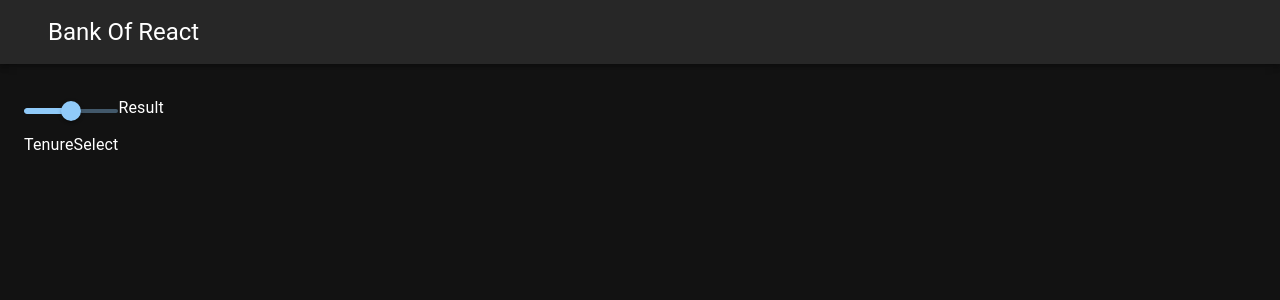
Repository: MikeeBuilds/mortgage-calculator
Page: /
The author's editor kept a copy of each file at every save. The page is drawn from the files as they stood at one save, then again after a run of saves.
The browser window is 1280 px wide. The pictures show the whole page.
The project was rebuilt for these pictures with package versions that can differ from the ones it lists, and the page was loaded fresh each time.

Above is the page before, as saved 2023-04-03 18:31:48.

### src/index.js
import React from 'react';
import ReactDOM from 'react-dom/client';
import  CssBaseline  from '@mui/material/CssBaseline';
import { ThemeProvider, createTheme } from '@mui/material/styles';
import App from './App';
import reportWebVitals from './reportWebVitals';
import { theme } from './theme';

const root = ReactDOM.createRoot(document.getElementById('root'));
root.render(
  <React.StrictMode>
    <ThemeProvider theme={theme}>
      <CssBaseline />
    <App />
    </ThemeProvider>
  </React.StrictMode>
);

// If you want to start measuring performance in your app, pass a function
// to log results (for example: reportWebVitals(console.log))
// or send to an analytics endpoint. Learn more: https://bit.ly/CRA-vitals
reportWebVitals();

### src/App.js
import { Container, Grid } from "@mui/material";
import Navbar from "./components/Navbar";
import Result from "./components/Result";
import SliderSelect from "./components/SliderSelect";
import TenureSelect from "./components/TenureSelect";


function App() {
  return (
    <div className="App">
      <Navbar />
      <Container maxWidth="xl" sx={{ marginTop: 4 }}>
        <Grid container>

          <Grid item>
            <SliderSelect />
            <TenureSelect />
          </Grid>
          <Grid item>
            <Result />

          </Grid>

        </Grid>
      </Container>
    </div>
  );
}

export default App;

### src/theme.js
import {  createTheme } from "@mui/material/styles";

export const theme = createTheme({
    palette: {
        mode: "dark",
    },
    typography: {
        h1: {

        },
    },
});

### src/components/Navbar.js
import React from 'react'
import AppBar from '@mui/material/AppBar'
import ToolBar from '@mui/material/Toolbar'
import Typography from '@mui/material/Typography'
import Container from '@mui/material/Container'

const Navbar = () => {
  return (
    <AppBar position="static">
      <Container maxWidth='xl'>
        <ToolBar>
            <Typography variant="h5" component="div" sx={{ flexGrow: 1 }}>
                Bank Of React
            </Typography>
        </ToolBar>
      </Container>
    </AppBar>
  )
}

export default Navbar

### src/components/SliderSelect.js
import React from 'react'
import SliderComponent from './common/SliderComponent'

const SliderSelect = () => {
  return (
    <SliderComponent />
  )
}

export default SliderSelect

### src/components/TenureSelect.js
import React from 'react'

const TenureSelect = () => {
  return (
    <div>TenureSelect</div>
  )
}

export default TenureSelect

### src/components/common/SliderComponent.js
import React from 'react'
import Slider from '@mui/material/Slider'

const SliderComponent = () => {
  return (
    <Slider defaultValue={50} aria-label='Default' valueLabelDisplay='auto' />
  )
}

export default SliderComponent

Loaded but not shown: public/index.html (common file); src/reportWebVitals.js (common file); src/components/Result.js (common file)

After the next 2 saves:
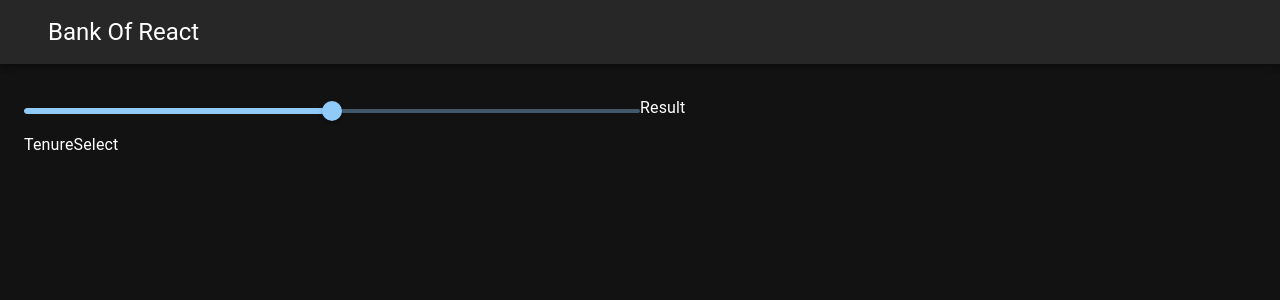
The 2 saves are shown as one change because they came seconds apart.
The last was saved 24 s later.
--- a/src/App.js
+++ b/src/App.js
@@ -12,7 +12,7 @@ function App() {
       <Container maxWidth="xl" sx={{ marginTop: 4 }}>
         <Grid container>
 
-          <Grid item>
+          <Grid item md={6}>
             <SliderSelect />
             <TenureSelect />
           </Grid>
